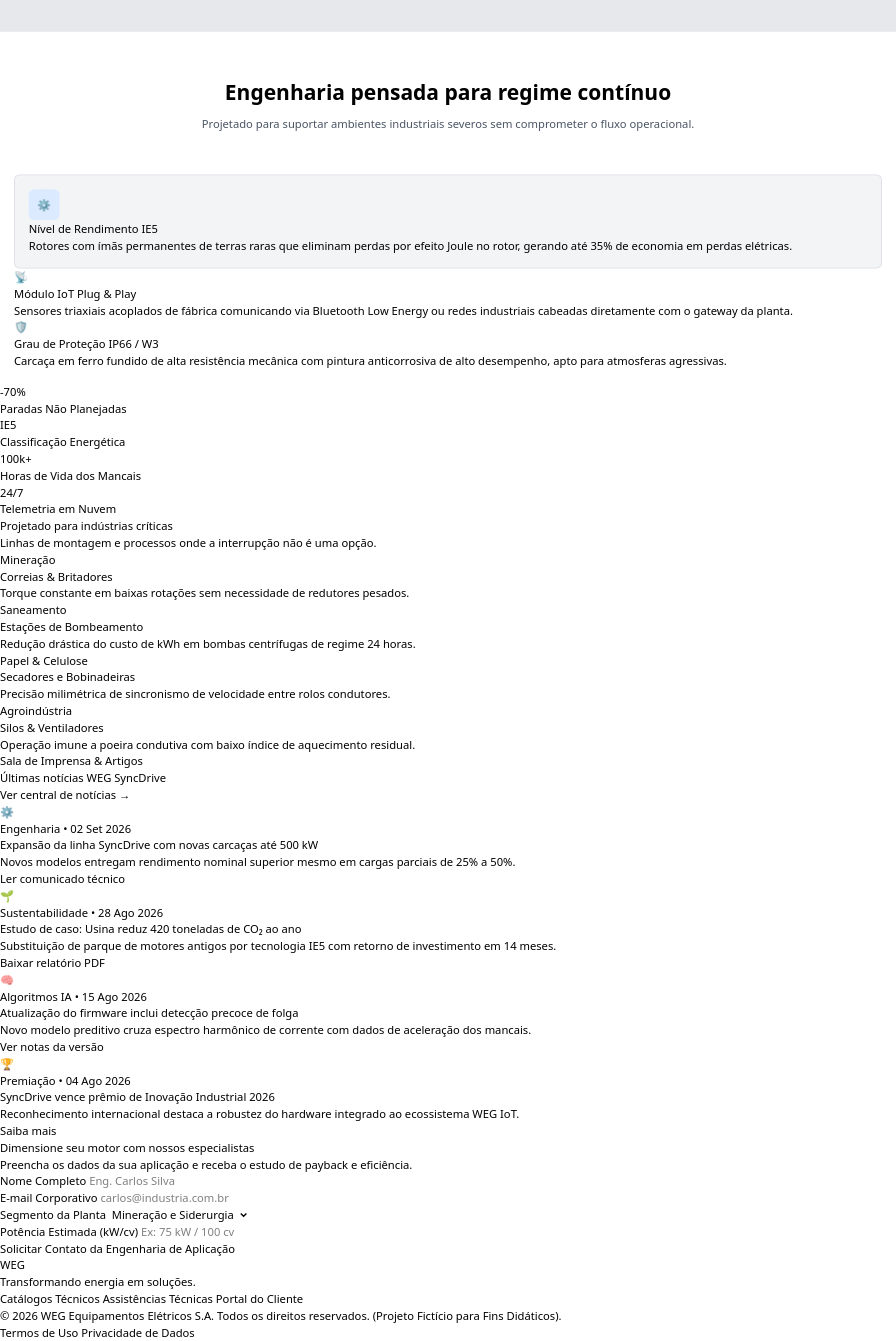
Repository: camilewng/Exercicio-Tailwind
Page: index.html
The author's editor kept a copy of each file at every save. The page is drawn from the files as they stood at one save, then again after a run of saves.
The browser window is 1280 px wide. The pictures show the part of the page from y = 958 to 2878 px (the page is 2874 px tall before and 2886 px after), at 70% of full size.

Above is the page before, as saved 2026-09-08 21:20:12.

### index.html
<!DOCTYPE html>
<html lang="pt-BR">
<head>
  <meta charset="UTF-8">
  <meta name="viewport" content="width=device-width, initial-scale=1.0">
  <title>WEG SyncDrive IoT - Exercício Tailwind CSS</title>
  <script src="https://cdn.jsdelivr.net/npm/@tailwindcss/browser@4"></script>
</head>
<body>

  <!-- ==========================================
       1. HEADER / NAVBAR
       Desafio:
       - Fixar no topo (sticky top-0) com fundo translúcido/blur.
       - Logo WEG em destaque com fundo azul industrial.
       - Menu oculto em telas pequenas e visível em lg:.
  =========================================== -->
  <header>
    <div class="flex flex-row justify-between border-b border-gray-300 mb-15">
      <div class="flex">
        <div class="bg-blue-600 text-white text-2xl font-black w-20 h-10 text-center pt-0.75 rounded-sm m-3">
          WEG
        </div>
        <div class="flex flex-col border-l-2 border-gray-300 h-10 pl-2 mt-3">
          <span class="font-bold">SyncDrive</span>
          <span class="text-blue-600 uppercase font-medium text-xs">Industrial IoT</span>
        </div>
      </div>

      <nav class="hidden">
        <a href="#solucao">A Solução</a>
        <a href="#recursos">Tecnologia</a>
        <a href="#metricas">Performance</a>
        <a href="#aplicacoes">Aplicações</a>
        <a href="#novidades">Notícias</a>
      </nav>

      <div class="flex">
        <a href="#contato" class="hidden">Falar com Consultor</a>
        <a href="#contato" class="bg-blue-600 text-white px-4 py-2 mr-3 mt-3 mb-3 rounded-sm font-medium">
          Especificar Motor
        </a>
      </div>
    </div>
  </header>

  <main >
    <!-- ==========================================
         2. HERO SECTION
         Desafio:
         - Layout em grid de 2 colunas no desktop (texto + painel de telemetria).
         - Centralizado no mobile, alinhado à esquerda em lg:.
         - Estilizar o card escuro de telemetria com badges e status.
    =========================================== -->
    <section id="solucao" class="bg-gradient-to-t from-gray-200 to-white pb-15" >
      <div>
      <div >
        <div>

          <!-- Coluna 1: Conteúdo Textual -->
          <div class="flex flex-col">
            <span class="bg-blue-50 border border-blue-300 uppercase text-sm text-blue-600
                         font-semibold p-1 px-3 rounded-4xl flex mx-11 mb-6">
              Indústria 4.0 & Manutenção Preditiva
            </span>
            <h1 class="font-black text-3xl text-center w-85 mx-8 mb-6 leading-9">WEG SyncDrive: Confiabilidade extrema com inteligência preditiva.</h1>
            <p class="text-gray-600 text-center mx-2 mb-6">
              O motor elétrico síncrono que combina rendimento ultra-premium (IE5), sensoriamento integrado de vibração e temperatura e conectividade instantânea com a nuvem WEG IoT.
            </p>
            <div class="flex flex-col">
              <a href="#contato" class="bg-blue-600 mx-4 text-white flex justify-center font-medium py-3 rounded-sm mb-3">
                Solicitar Folha de Dados
              </a>
              <a href="#recursos" class="border border-gray-300 text-gray-700 font-semibold flex justify-center mx-4 py-3 rounded-sm bg-white mb-10">
                Conhecer a Arquitetura
              </a>
            </div>
          </div>

          <!-- Coluna 2: Card de Telemetria IoT -->
          <div class="bg-slate-900 text-white mx-4 rounded-2xl p-7 ">
            <div>
              <div class="flex justify-between border-b border-gray-600 mb-3">
                <span class="text-blue-400 text-sm mb-4">NODE_ID: WEG-MTR-8842</span>
                <div>
                  <span></span>
                  <span class="flex text-sm text-gray-400">Online 60Hz</span>
                </div>
              </div>

              <div>
                <div class="bg-slate-800 p-3 rounded-lg mb-4">
                  <span  class="text-sm text-gray-400">Eficiência Energética</span>
                  <div class="font-bold text-2xl">96.8% <span class="text-green-300 font-normal text-sm">(Padrão IE5)</span></div>
                </div>

                <div class="flex flex-row gap-4">
                  <div class="bg-slate-800 p-4 rounded-lg mb-4">
                    <span class="text-gray-400 text-sm">Vibração RMS</span>
                    <div class="font-semibold text-xl pb-2 pr-5">0.82 mm/s</div>
                    <span class="text-green-300 text-xs">✓ Faixa Ideal ISO</span>
                  </div>
                  <div class="bg-slate-800 p-4 rounded-lg mb-4">
                    <span class="text-gray-400 text-sm" >Temp. Mancal</span>
                    <div class="font-semibold text-xl pr-13 pb-2">62.4 °C</div>
                    <span class="text-blue-400 text-xs">Normal (PT100)</span>
                  </div>
                </div>

                <div class="bg-blue-950 text-xs px-3 py-3 text-blue-200/90 rounded-lg border border-blue-500/30">
                  ⚡ Previsão de manutenção: operação normal pelos próximos 12 meses.
                </div>
              </div>
            </div>
          </div>

        </div>
      </div>
    </section>

    <!-- ==========================================
         3. RECURSOS / ESPECIFICAÇÕES TÉCNICAS
         Desafio:
         - Grid responsivo de 3 colunas (1 col mobile, 3 cols desktop).
         - Efeito hover nos cards com transição suave de borda ou sombra.
    =========================================== -->
    <section id="recursos" class="p-5">
      <div>
        <div>
          <h2 class="font-black text-3xl text-center mt-12 mb-4">Engenharia pensada para regime contínuo</h2>
          <p class="text-gray-600 text-center mb-15">Projetado para suportar ambientes industriais severos sem comprometer o fluxo operacional.</p>
        </div>

        <div>
          <article class="bg-gray-100 p-5 rounded-lg border border-gray-300/80">
            <div class="flex justify-center items-center bg-blue-100 w-11 h-11 rounded-lg">⚙️</div>
            <h3>Nível de Rendimento IE5</h3>
            <p>Rotores com ímãs permanentes de terras raras que eliminam perdas por efeito Joule no rotor, gerando até 35% de economia em perdas elétricas.</p>
          </article>

          <article>
            <div>📡</div>
            <h3>Módulo IoT Plug & Play</h3>
            <p>Sensores triaxiais acoplados de fábrica comunicando via Bluetooth Low Energy ou redes industriais cabeadas diretamente com o gateway da planta.</p>
          </article>

          <article>
            <div>🛡️</div>
            <h3>Grau de Proteção IP66 / W3</h3>
            <p>Carcaça em ferro fundido de alta resistência mecânica com pintura anticorrosiva de alto desempenho, apto para atmosferas agressivas.</p>
          </article>
        </div>
      </div>
    </section>

    <!-- ==========================================
         4. MÉTRICAS / NÚMEROS INDUSTRIAIS
         Desafio:
         - Seção de alto contraste (fundo escuro slate-900).
         - Grid de 2 colunas no mobile e 4 colunas em telas maiores.
    =========================================== -->
    <section id="metricas">
      <div>
        <div>
          <div>
            <div>-70%</div>
            <div>Paradas Não Planejadas</div>
          </div>
          <div>
            <div>IE5</div>
            <div>Classificação Energética</div>
          </div>
          <div>
            <div>100k+</div>
            <div>Horas de Vida dos Mancais</div>
          </div>
          <div>
            <div>24/7</div>
            <div>Telemetria em Nuvem</div>
          </div>
        </div>
      </div>
    </section>

    <!-- ==========================================
         5. APLICAÇÕES INDUSTRIAIS
         Desafio:
         - Grid de 4 colunas adaptável (1 col mobile, 2 sm, 4 lg).
         - Uso de tags de categoria uppercase com tipografia reduzida.
    =========================================== -->
    <section id="aplicacoes">
      <div>
        <div>
          <h2>Projetado para indústrias críticas</h2>
          <p>Linhas de montagem e processos onde a interrupção não é uma opção.</p>
        </div>

        <div>
          <div>
            <span>Mineração</span>
            <h4>Correias & Britadores</h4>
            <p>Torque constante em baixas rotações sem necessidade de redutores pesados.</p>
          </div>

          <div>
            <span>Saneamento</span>
            <h4>Estações de Bombeamento</h4>
            <p>Redução drástica do custo de kWh em bombas centrífugas de regime 24 horas.</p>
          </div>

          <div>
            <span>Papel & Celulose</span>
            <h4>Secadores e Bobinadeiras</h4>
            <p>Precisão milimétrica de sincronismo de velocidade entre rolos condutores.</p>
          </div>

          <div>
            <span>Agroindústria</span>
            <h4>Silos & Ventiladores</h4>
            <p>Operação imune a poeira condutiva com baixo índice de aquecimento residual.</p>
          </div>
        </div>
      </div>
    </section>

    <!-- ==========================================
         6. NOVIDADES / NOTÍCIAS (4 ITENS)
         Desafio:
         - Cabeçalho com alinhamento justify-between.
         - 4 cards em grid: 1 col (mobile), 2 cols (md), 4 cols (lg).
         - Imagem/banner visual com gradiente em cada notícia.
         - Flexbox nos cards para fixar o link de leitura no rodapé.
    =========================================== -->
    <section id="novidades">
      <div>

        <div>
          <div>
            <span>Sala de Imprensa & Artigos</span>
            <h2>Últimas notícias WEG SyncDrive</h2>
          </div>
          <a href="#">Ver central de notícias →</a>
        </div>

        <div>
          <!-- Notícia 1 -->
          <article>
            <div>⚙️</div>
            <div>
              <div>
                <span>Engenharia</span>
                <span>•</span>
                <time>02 Set 2026</time>
              </div>
              <h3>
                <a href="#">Expansão da linha SyncDrive com novas carcaças até 500 kW</a>
              </h3>
              <p>Novos modelos entregam rendimento nominal superior mesmo em cargas parciais de 25% a 50%.</p>
              <a href="#">Ler comunicado técnico</a>
            </div>
          </article>

          <!-- Notícia 2 -->
          <article>
            <div>🌱</div>
            <div>
              <div>
                <span>Sustentabilidade</span>
                <span>•</span>
                <time>28 Ago 2026</time>
              </div>
              <h3>
                <a href="#">Estudo de caso: Usina reduz 420 toneladas de CO₂ ao ano</a>
              </h3>
              <p>Substituição de parque de motores antigos por tecnologia IE5 com retorno de investimento em 14 meses.</p>
              <a href="#">Baixar relatório PDF</a>
            </div>
          </article>

          <!-- Notícia 3 -->
          <article>
            <div>🧠</div>
            <div>
              <div>
                <span>Algoritmos IA</span>
                <span>•</span>
                <time>15 Ago 2026</time>
              </div>
              <h3>
                <a href="#">Atualização do firmware inclui detecção precoce de folga</a>
              </h3>
              <p>Novo modelo preditivo cruza espectro harmônico de corrente com dados de aceleração dos mancais.</p>
              <a href="#">Ver notas da versão</a>
            </div>
          </article>

          <!-- Notícia 4 -->
          <article>
            <div>🏆</div>
            <div>
              <div>
                <span>Premiação</span>
                <span>•</span>
                <time>04 Ago 2026</time>
              </div>
              <h3>
                <a href="#">SyncDrive vence prêmio de Inovação Industrial 2026</a>
              </h3>
              <p>Reconhecimento internacional destaca a robustez do hardware integrado ao ecossistema WEG IoT.</p>
              <a href="#">Saiba mais</a>
            </div>
          </article>
        </div>

      </div>
    </section>

    <!-- ==========================================
         7. FORMULÁRIO DE CONTATO / DIMENSIONAMENTO
         Desafio:
         - Inputs estilizados com focus rings.
         - Grid de formulário com campos em 2 colunas no desktop.
    =========================================== -->
    <section id="contato">
      <div>
        <div>
          <h2>Dimensione seu motor com nossos especialistas</h2>
          <p>Preencha os dados da sua aplicação e receba o estudo de payback e eficiência.</p>
        </div>

        <form>
          <div>
            <div>
              <label>Nome Completo</label>
              <input type="text" placeholder="Eng. Carlos Silva">
            </div>
            <div>
              <label>E-mail Corporativo</label>
              <input type="email" placeholder="carlos@industria.com.br">
            </div>
          </div>

          <div>
            <div>
              <label>Segmento da Planta</label>
              <select>
                <option>Mineração e Siderurgia</option>
                <option>Papel e Celulose</option>
                <option>Saneamento e Água</option>
                <option>Química e Petroquímica</option>
                <option>Alimentos e Bebidas</option>
              </select>
            </div>
            <div>
              <label>Potência Estimada (kW/cv)</label>
              <input type="text" placeholder="Ex: 75 kW / 100 cv">
            </div>
          </div>

          <button type="submit">Solicitar Contato da Engenharia de Aplicação</button>
        </form>
      </div>
    </section>
  </main>

  <!-- ==========================================
       8. RODAPÉ / FOOTER
       Desafio:
       - Layout corporativo com tipografia sutil.
       - Disposição em flexbox responsivo (colunas empilhadas no mobile, linha no desktop).
  =========================================== -->
  <footer>
    <div>
      <div>
        <div>
          <div>WEG</div>
          <span>Transformando energia em soluções.</span>
        </div>
        <div>
          <a href="#">Catálogos Técnicos</a>
          <a href="#">Assistências Técnicas</a>
          <a href="#">Portal do Cliente</a>
        </div>
      </div>
      <div>
        <p>© 2026 WEG Equipamentos Elétricos S.A. Todos os direitos reservados. (Projeto Fictício para Fins Didáticos).</p>
        <div>
          <a href="#">Termos de Uso</a>
          <a href="#">Privacidade de Dados</a>
        </div>
      </div>
    </div>
  </footer>

</body>
</html>

After the next 3 saves:
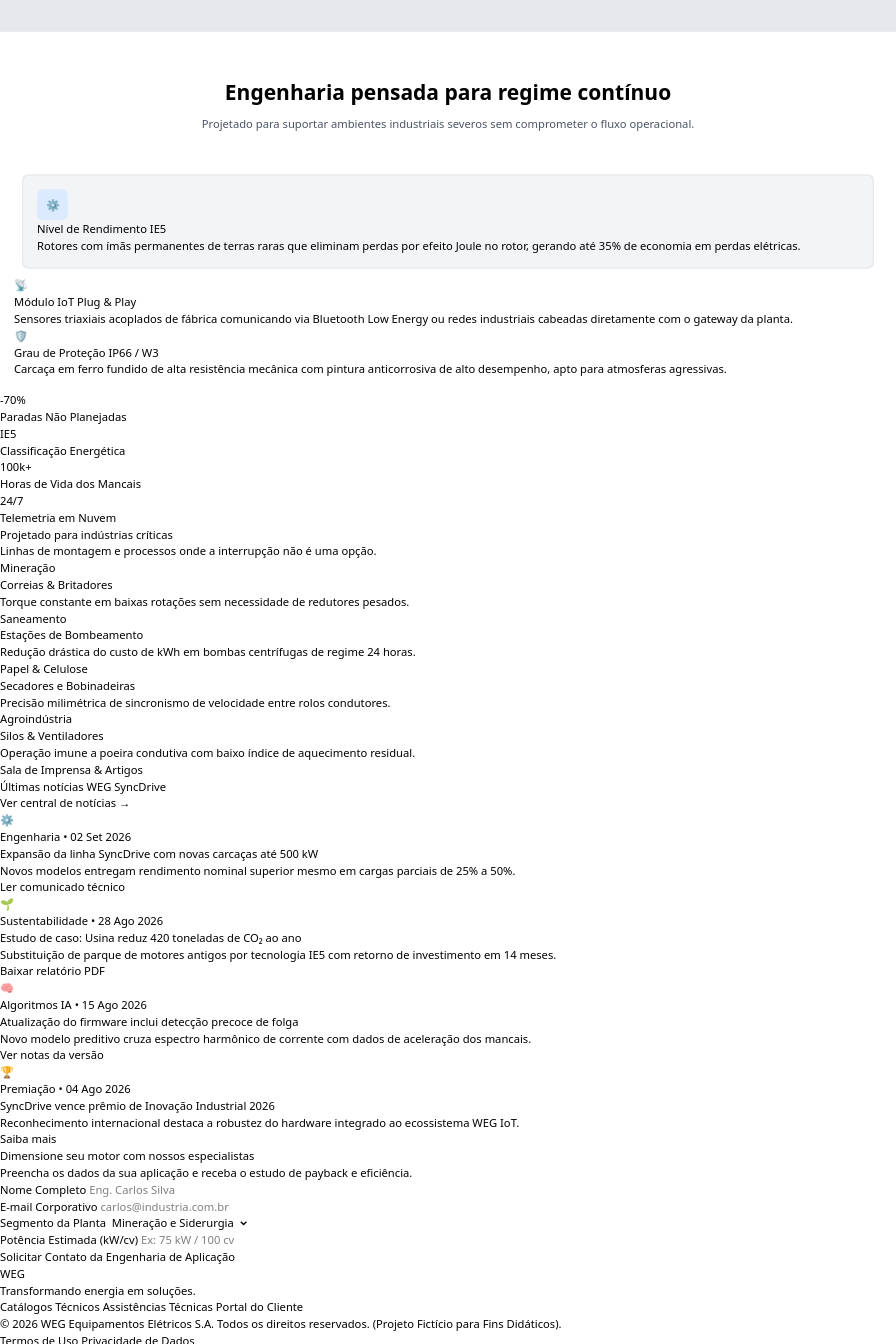
The 3 saves are shown as one change because they came seconds apart.
The last was saved 22 s later.
--- a/index.html
+++ b/index.html
@@ -132,7 +132,7 @@
         </div>
 
         <div>
-          <article class="bg-gray-100 p-5 rounded-lg border border-gray-300/80">
+          <article class="bg-gray-100 p-5 rounded-lg border border-gray-300/80 m-3">
             <div class="flex justify-center items-center bg-blue-100 w-11 h-11 rounded-lg">⚙️</div>
             <h3>Nível de Rendimento IE5</h3>
             <p>Rotores com ímãs permanentes de terras raras que eliminam perdas por efeito Joule no rotor, gerando até 35% de economia em perdas elétricas.</p>
